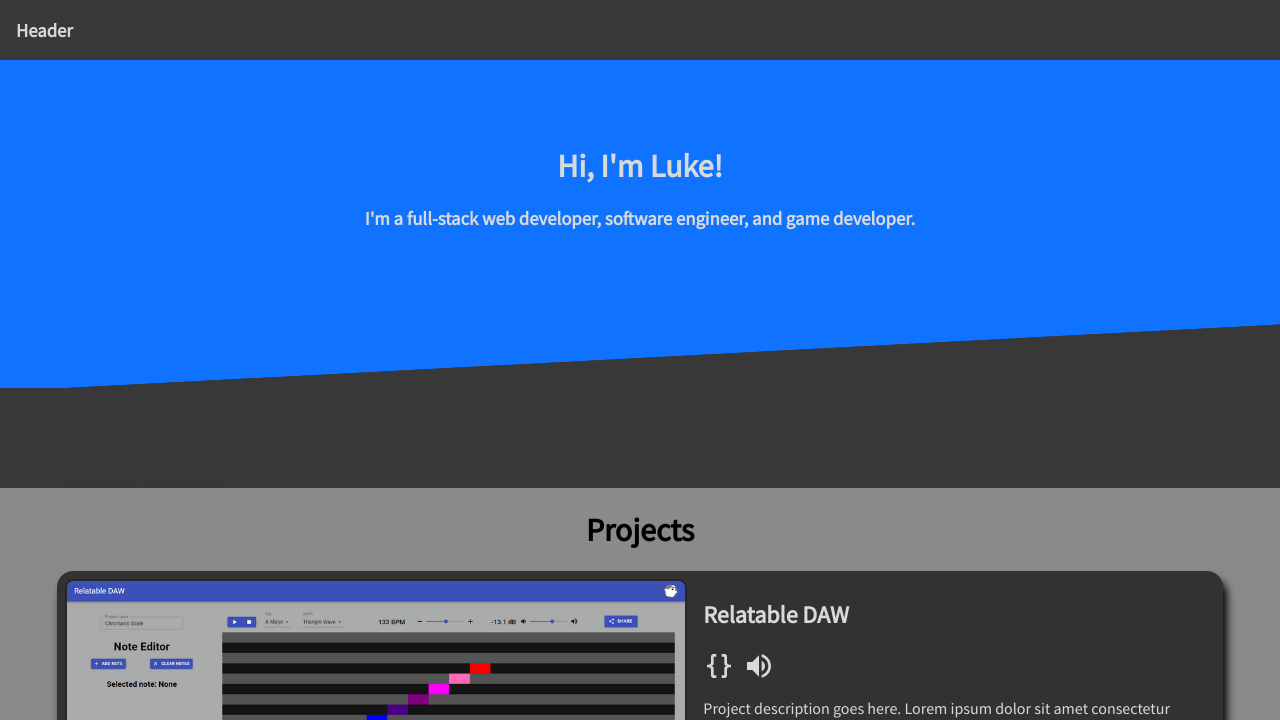
Repository: lbodwell/Personal-Website
Page: index.html
The author's editor kept a copy of each file at every save. The page is drawn from the files as they stood at one save, then again after the next save.
The browser window is 1280 px wide. The pictures show the whole page.
An inner scrolling area shows only its first screen.

Above is the page before, as saved 2022-04-04 04:32:42.

### index.html
<!DOCTYPE html>
<html lang="en">
    <head>
        <meta charset="UTF-8">
        <meta http-equiv="X-UA-Compatible" content="IE=edge">
        <meta name="viewport" content="width=device-width, initial-scale=1.0">
        <title>Luke Bodwell</title>
        <script type="text/javascript" src="script.js" defer></script>
        <link rel="stylesheet" href="styles.css">
    </head>
    <body>
        <header>
            <h3>Header</h3>
        </header>
        <content>
            <div class="intro">
                <h1>Hi, I'm Luke!</h1>
                <h3>I'm a full-stack web developer, software engineer, and game developer.</h3>
            </div>

            <div class="projects-container">
                <h1>Projects</h1>
                <div class="projects">
                    <div class="project project-img-left">
                        <div class="project-image">
                            <img src="images/relatable-daw.png"></img>
                        </div>
                        <div class="project-info">
                            <div class="project-title">
                                <h2>Relatable DAW</h2>
                                <div class="project-types">
                                    <!-- Code icon -->
                                    <svg style="width:32px;height:32px" viewBox="0 0 24 24">
                                        <path fill="currentColor" d="M8,3A2,2 0 0,0 6,5V9A2,2 0 0,1 4,11H3V13H4A2,2 0 0,1 6,15V19A2,2 0 0,0 8,21H10V19H8V14A2,2 0 0,0 6,12A2,2 0 0,0 8,10V5H10V3M16,3A2,2 0 0,1 18,5V9A2,2 0 0,0 20,11H21V13H20A2,2 0 0,0 18,15V19A2,2 0 0,1 16,21H14V19H16V14A2,2 0 0,1 18,12A2,2 0 0,1 16,10V5H14V3H16Z" />
                                    </svg>
                                    <!-- Audio icon -->
                                    <svg style="width:32px;height:32px" viewBox="0 0 24 24">
                                        <path fill="currentColor" d="M14,3.23V5.29C16.89,6.15 19,8.83 19,12C19,15.17 16.89,17.84 14,18.7V20.77C18,19.86 21,16.28 21,12C21,7.72 18,4.14 14,3.23M16.5,12C16.5,10.23 15.5,8.71 14,7.97V16C15.5,15.29 16.5,13.76 16.5,12M3,9V15H7L12,20V4L7,9H3Z" />
                                    </svg>
                                </div>
                            </div>
                            <p>Project description goes here. Lorem ipsum dolor sit amet consectetur adipisicing elit. Maxime mollitia,
                                molestiae quas vel sint commodi repudiandae consequuntur voluptatum laborum
                                numquam blanditiis harum quisquam eius sed odit fugiat iusto fuga praesentium
                                optio, eaque rerum! Provident similique accusantium nemo autem.</p>
                            <div class="project-links">
                                <a class="btn" id="btn-demo-proj1" href="https://relatable-daw.com" target="_blank">Live Demo</a>
                                <a class="btn" id="btn-video-proj1" href="https://relatable-daw.com" target="_blank">Video</a>
                                <a class="btn" id="btn-code-proj1" href="https://github.com/lbodwell/Relatable-DAW" target="_blank">Code</a>
                            </div>
                        </div>
                    </div>
                    <div class="project project-img-right">
                        <div class="project-info">
                            <div class="project-title">
                                <h2>GeoBlade</h2>
                                <div class="project-types">
                                    <!-- Code icon -->
                                    <svg style="width:32px;height:32px" viewBox="0 0 24 24">
                                        <path fill="currentColor" d="M8,3A2,2 0 0,0 6,5V9A2,2 0 0,1 4,11H3V13H4A2,2 0 0,1 6,15V19A2,2 0 0,0 8,21H10V19H8V14A2,2 0 0,0 6,12A2,2 0 0,0 8,10V5H10V3M16,3A2,2 0 0,1 18,5V9A2,2 0 0,0 20,11H21V13H20A2,2 0 0,0 18,15V19A2,2 0 0,1 16,21H14V19H16V14A2,2 0 0,1 18,12A2,2 0 0,1 16,10V5H14V3H16Z" />
                                    </svg>
                                    <!-- Game icon -->
                                    <svg style="width:32px;height:32px" viewBox="0 0 24 24">
                                        <path fill="currentColor" d="M7.97,16L5,19C4.67,19.3 4.23,19.5 3.75,19.5A1.75,1.75 0 0,1 2,17.75V17.5L3,10.12C3.21,7.81 5.14,6 7.5,6H16.5C18.86,6 20.79,7.81 21,10.12L22,17.5V17.75A1.75,1.75 0 0,1 20.25,19.5C19.77,19.5 19.33,19.3 19,19L16.03,16H7.97M7,8V10H5V11H7V13H8V11H10V10H8V8H7M16.5,8A0.75,0.75 0 0,0 15.75,8.75A0.75,0.75 0 0,0 16.5,9.5A0.75,0.75 0 0,0 17.25,8.75A0.75,0.75 0 0,0 16.5,8M14.75,9.75A0.75,0.75 0 0,0 14,10.5A0.75,0.75 0 0,0 14.75,11.25A0.75,0.75 0 0,0 15.5,10.5A0.75,0.75 0 0,0 14.75,9.75M18.25,9.75A0.75,0.75 0 0,0 17.5,10.5A0.75,0.75 0 0,0 18.25,11.25A0.75,0.75 0 0,0 19,10.5A0.75,0.75 0 0,0 18.25,9.75M16.5,11.5A0.75,0.75 0 0,0 15.75,12.25A0.75,0.75 0 0,0 16.5,13A0.75,0.75 0 0,0 17.25,12.25A0.75,0.75 0 0,0 16.5,11.5Z" />
                                    </svg>
                                    <!-- Audio icon -->
                                    <svg style="width:32px;height:32px" viewBox="0 0 24 24">
                                        <path fill="currentColor" d="M14,3.23V5.29C16.89,6.15 19,8.83 19,12C19,15.17 16.89,17.84 14,18.7V20.77C18,19.86 21,16.28 21,12C21,7.72 18,4.14 14,3.23M16.5,12C16.5,10.23 15.5,8.71 14,7.97V16C15.5,15.29 16.5,13.76 16.5,12M3,9V15H7L12,20V4L7,9H3Z" />
                                    </svg>
                                </div>
                            </div>
                            <p>Project description goes here. Lorem ipsum dolor sit amet consectetur adipisicing elit. Maxime mollitia,
                                molestiae quas vel sint commodi repudiandae consequuntur voluptatum laborum
                                numquam blanditiis harum quisquam eius sed odit fugiat iusto fuga praesentium
                                optio, eaque rerum! Provident similique accusantium nemo autem.</h>
                            <div class="project-links">
                                <button id="btn-download-proj2">Download</button>
                                <button id="btn-video-proj2">Video</button>
                                <button id="btn-code-proj2">Code</button>
                            </div>
                        </div>
                        <div class="project-image">
                            <img src="images/relatable-daw.png"></img>
                        </div>
                    </div>
                    <div class="project project-img-left">
                        <div class="project-image">
                            <img src="images/relatable-daw.png"></img>
                        </div>
                        <div class="project-info">
                            <div class="project-title">
                                <h2>Example project 3</h2>
                                <div class="project-types">
                                    <!-- Code icon -->
                                    <svg style="width:32px;height:32px" viewBox="0 0 24 24">
                                        <path fill="currentColor" d="M8,3A2,2 0 0,0 6,5V9A2,2 0 0,1 4,11H3V13H4A2,2 0 0,1 6,15V19A2,2 0 0,0 8,21H10V19H8V14A2,2 0 0,0 6,12A2,2 0 0,0 8,10V5H10V3M16,3A2,2 0 0,1 18,5V9A2,2 0 0,0 20,11H21V13H20A2,2 0 0,0 18,15V19A2,2 0 0,1 16,21H14V19H16V14A2,2 0 0,1 18,12A2,2 0 0,1 16,10V5H14V3H16Z" />
                                    </svg>
                                </div>
                            </div>
                            <p>Project description goes here. Lorem ipsum dolor sit amet consectetur adipisicing elit. Maxime mollitia,
                                molestiae quas vel sint commodi repudiandae consequuntur voluptatum laborum
                                numquam blanditiis harum quisquam eius sed odit fugiat iusto fuga praesentium
                                optio, eaque rerum! Provident similique accusantium nemo autem.</h>
                            <div class="project-links">
                                <button id="btn-demo-proj3">Live Demo</button>
                                <button id="btn-video-proj3">Video</button>
                                <button id="btn-code-proj3">Code</button>
                            </div>
                        </div>
                    </div>
                </div>
            </div>
            <div class="skills">
                <h1>Skills</h1>
                <div class="skills">
                </div>
            </div>
        </content>
        <footer>
            <h3>Footer</h5>
        </footer>
    </body>
</html>

### script.js
const proj1DemoButton = document.getElementById("btn-demo-proj1");
const proj1VideoButton = document.getElementById("btn-video-proj1");
const proj1CodeButton = document.getElementById("btn-code-proj1");

proj1DemoButton.onclick = () => {
    //window.open("https://relatable-daw.com");
}

### styles.css
@import url("https://fonts.googleapis.com/css2?family=Source+Sans+Pro&display=swap");

html {
    font-family: "Source Sans Pro", sans-serif;
    background-color: #383838;
}

html, body {
    width: 100%;
    height: 100%;
    margin: 0;
    max-width: 100%;
    overflow-x: hidden;
}

h2, h3, h4, h5, h6, p, svg {
    color: rgb(217, 217, 217);
}

header {
    margin-left: 1rem;
}

content {
    display: flex;
    flex-direction: column;
    align-items: center;
}

.intro {
    color: rgb(217, 217, 217);
    position: relative;
    text-align: center;
    background-color: #0f73ff;
    padding: 4rem;
    width: 100%;
    height: 200px;
    margin-bottom: 100px;
}

.intro::before, .intro::after {
    content: "";
    position: absolute;
    height: 100px;
    bottom: -70px;
    right: 0;
    left: 0;
    background: #383838;
    transform: skewY(-3deg);
}

.projects-container {
    text-align: center;
    background-color: rgb(138, 138, 138);
    padding: 0 64rem 2rem 64rem;
    filter: drop-shadow(4px 8px 4px black);
}

.projects {
    display: grid;
    grid-template-columns: 1fr;
}

.project {
    display: flex;
    gap: 16px;
    width: auto;
    height: 300px;
    margin-bottom: 1rem;
    padding: 0.5rem;
    background-color: #323232;
    border-radius: 16px;
    filter: drop-shadow(4px 8px 4px black);
}

.project-info {
    display: flex;
    flex-direction: column;
    width: 32rem;
}

.project-img-left > .project-info {
    align-items: flex-start;
    text-align: left;
}

.project-img-right > .project-info {
    align-items: flex-end;
    text-align: right;
}

.project-title {
    display: flex;
    flex-direction: column;
}

.project-types {
    display: flex;
    flex-direction: row;
    gap: 8px;
}

.project-img-left .project-types {
    justify-content: flex-start;
}

.project-img-right .project-types {
    justify-content: flex-end;
}

.project-links {
    display: flex;
    flex-direction: row;
    gap: 4px;
}

.btn {
    font-weight: bolder;
    background-color: #0f73ff;
    color: rgb(217, 217, 217);
    border-radius: 8px;
    filter: drop-shadow(2px 4px 2px black);
    padding: 0.25rem 1rem;
    border: none;
    text-decoration: none;
}

.btn:hover {
    background-color: #0c4eac;
    cursor: pointer;
}

.project img {
    width: auto;
    height: 100%;
    border: 2px solid #272727;
    border-radius: 8px;
}

footer {
    margin: 1rem;
}

After the next save:
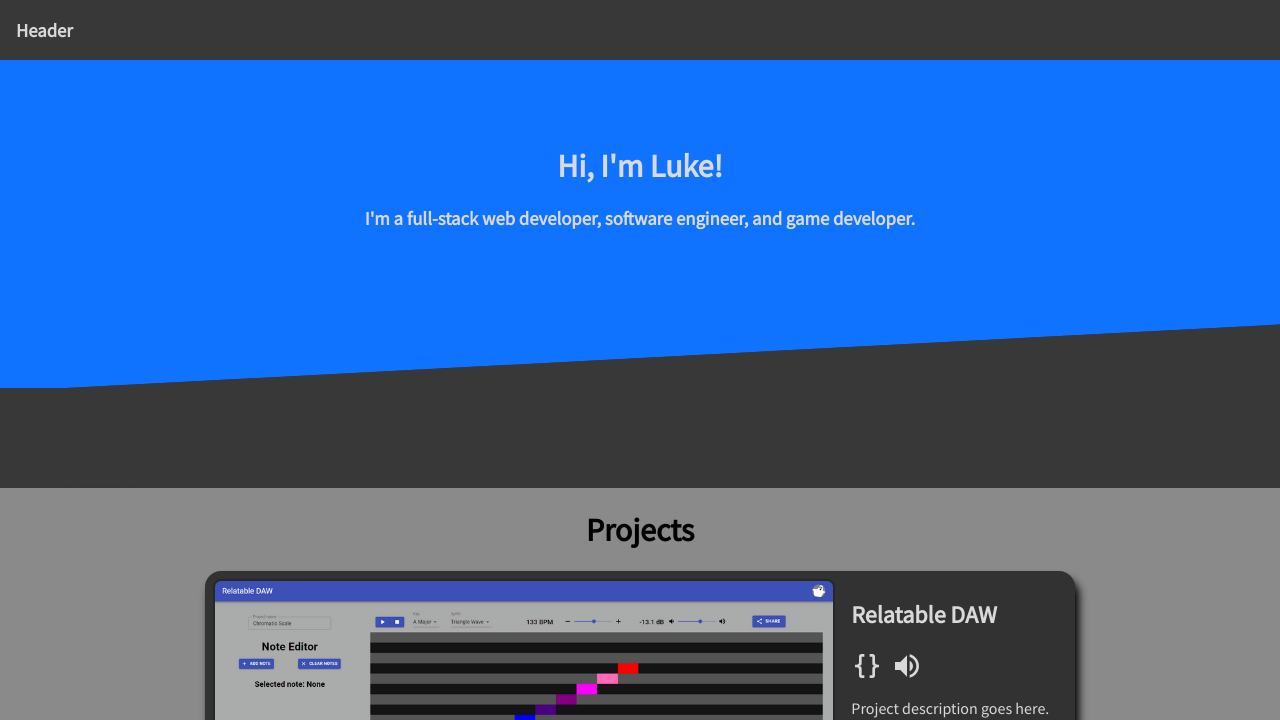
Saved 10 s later.
--- a/styles.css
+++ b/styles.css
@@ -76,7 +76,7 @@
 .project-info {
     display: flex;
     flex-direction: column;
-    width: 32rem;
+    border:
 }
 
 .project-img-left > .project-info {

After the save that followed:
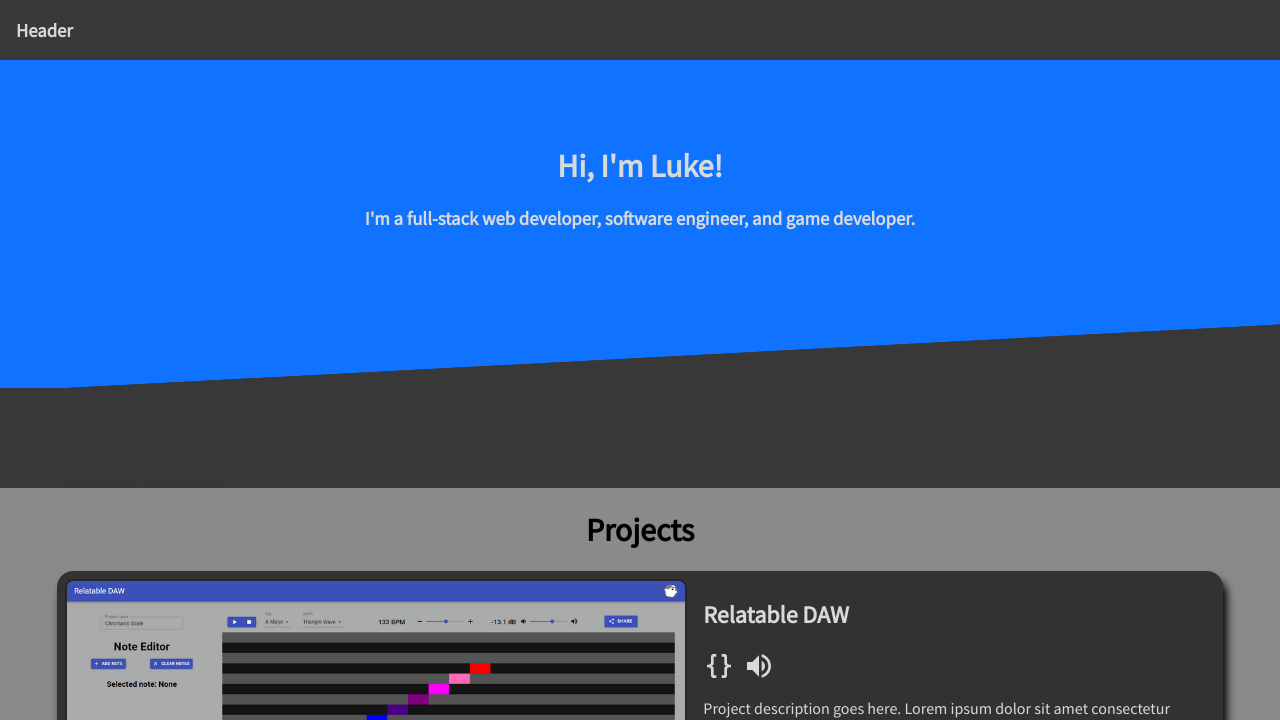
Saved 6 s later.
--- a/styles.css
+++ b/styles.css
@@ -76,6 +76,7 @@
 .project-info {
     display: flex;
     flex-direction: column;
+    width: 32rem;
     border:
 }
 
